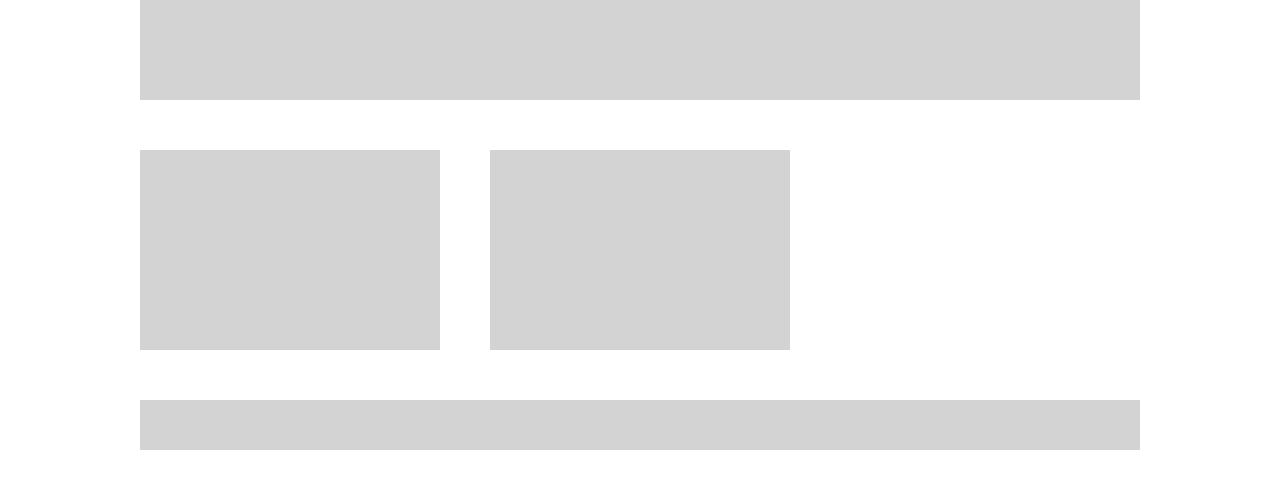
Repository: onopriienkoalina/onopriienkoalina.github.io
Page: dz9_containers/index.html
An editor plug-in stored every save of this project. The page is shown before and after a run of saves, followed by the edit.
The browser window is 1280 px wide. The pictures show the whole page.
The style sheet was rebuilt from its Sass, Less or Tailwind sources for each picture, by a compiler version that may differ from the author's.

Above is the page before, as saved 2021-12-01 18:40:05.

### dz9_containers/index.html
<!DOCTYPE html>
<html lang="en">
<head>
    <meta charset="UTF-8">
    <meta http-equiv="X-UA-Compatible" content="IE=edge">
    <meta name="viewport" content="width=device-width, initial-scale=1.0">
    <title>Document</title>
    <link href="reset.css" rel="stylesheet">
    <link href="css/style.css" rel="stylesheet">
</head>
<body>
    <div class="block1">
<div class="header"></div>
<div class="section1"></div>
<div class="section2"></div>
<div class="section3"></div>
<div class="footer"></div>
</div>
</body>
</html>

### dz9_containers/style.scss

.section1{
 float: left;
 width: 30%;
 height: 200px;
 background-color: #D3D3D3;
}
.section2 .section3 {
    float: left;
    width: 30%;
    height: 200px;
    margin-left: 5%;
    background-color: #D3D3D3;
}
.section3{
    float: left;
    width: 30%;
    height: 200px;
    margin-left: 5%;
    margin-bottom: 5%;
    background-color: #D3D3D3;
}
.header {
    clear: left;
    width: 100%;
    height: 100px;
    margin-bottom: 5%;
    background-color: #D3D3D3;
}
.footer {
    clear: left;
    width: 100%;
    height: 50px;
    background-color: #D3D3D3;
    margin-top: 5%;
}
.block1 {
    width: 1000px;
    margin: auto;
}

Loaded but not shown: dz9_containers/reset.css (common file)

After the next 2 saves:
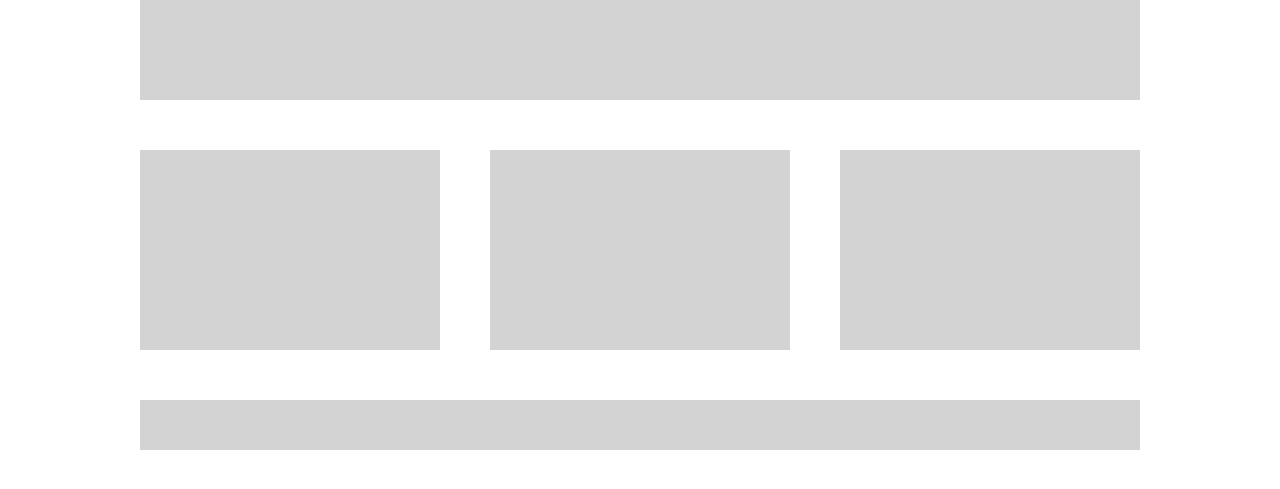
The 2 saves are shown as one change because they came seconds apart.
The last was saved 14 s later.
--- a/dz9_containers/style.scss
+++ b/dz9_containers/style.scss
@@ -5,7 +5,7 @@
  height: 200px;
  background-color: #D3D3D3;
 }
-.section2 .section3 {
+.section2{
     float: left;
     width: 30%;
     height: 200px;
